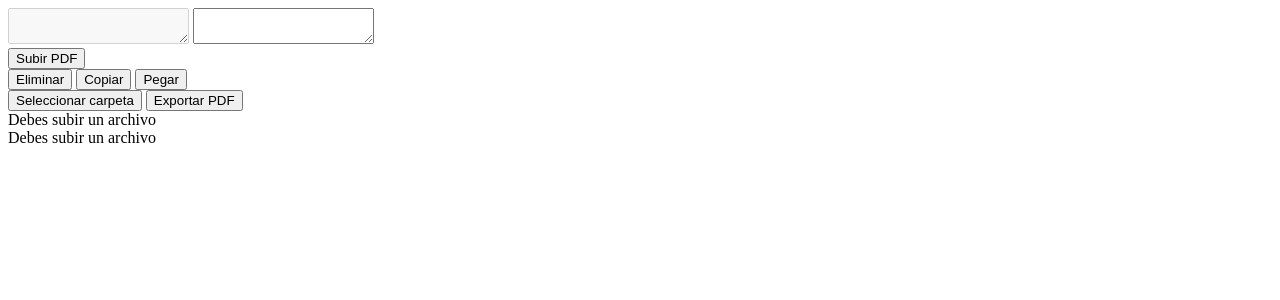
Repository: d3v0l0p3rs/pdf-spliteador
Page: src/index.html
The author's editor kept a copy of each file at every save. The page is drawn from the files as they stood at one save, then again after the next save.
The browser window is 1280 px wide. The pictures show the whole page.

Above is the page before, as saved 2020-10-21 16:34:45.

### src/index.html
<!DOCTYPE html>
<html>
  <head>
    <meta charset="UTF-8">
    <title>Separador de PDFs</title>
  </head>
  <body>
    <div id="main-content">
      <div id="text-areas">
        <textarea id="number-lines" name="number-lines" disabled></textarea>
        <textarea id="name-lines" name="name-lines"></textarea>
      </div>
      <div id="actions">
        <div id="buttons">
          <button type="button" id="upload-pdf" class="action-row btn btn-primary">Subir PDF</button>
          <input type="file" id="upload-pdf-input" name="upload-pdf" accept=".pdf" class="action-row btn btn-primary" style="display:none;">
          <div id="text-actions" class="action-row btn-group" role="group">
            <button type="button" id="delete-text" class="text-action btn btn-danger">Eliminar</button>
            <button type="button" id="copy-text" class="text-action btn btn-info">Copiar</button>
            <button type="button" id="paste-text" class="text-action btn btn-warning">Pegar</button>
          </div>
          <button type="button" id="choose-folder" class="action-row btn btn-primary">Seleccionar carpeta</button>
          <button type="button" id="export-pdf" class="action-row btn btn-primary">Exportar PDF</button>
        </div>
        <div id="messages">
          <div id="upload-file-warning" class="alert alert-warning fade show" role="alert">
            Debes subir un archivo
          </div>
          <div class="alert alert-warning" role="alert">
            Debes subir un archivo
          </div>
        </div>
      </div>
    </div>
  </body>
</html>

After the next save:
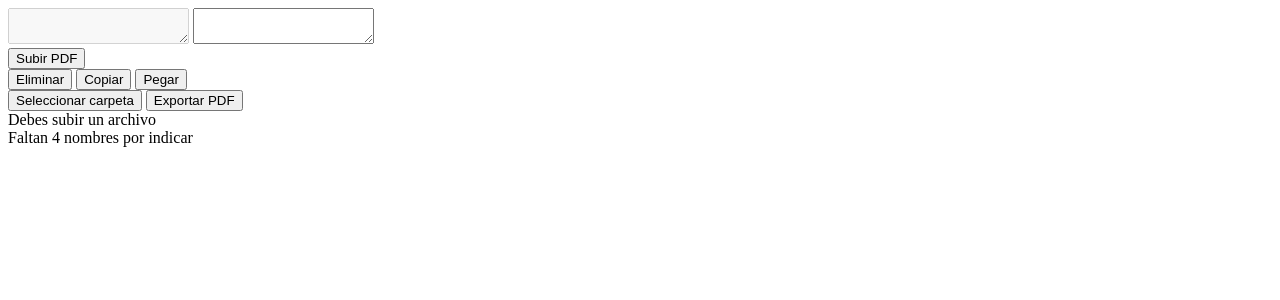
Saved 13 min 6 s later.
--- a/src/index.html
+++ b/src/index.html
@@ -23,11 +23,11 @@
           <button type="button" id="export-pdf" class="action-row btn btn-primary">Exportar PDF</button>
         </div>
         <div id="messages">
-          <div id="upload-file-warning" class="alert alert-warning fade show" role="alert">
+          <div id="upload-file-warning" class="alert alert-warning" role="alert">
             Debes subir un archivo
           </div>
-          <div class="alert alert-warning" role="alert">
-            Debes subir un archivo
+          <div id="not-line-match-warning" class="alert alert-warning" role="alert">
+            Faltan 4 nombres por indicar
           </div>
         </div>
       </div>
